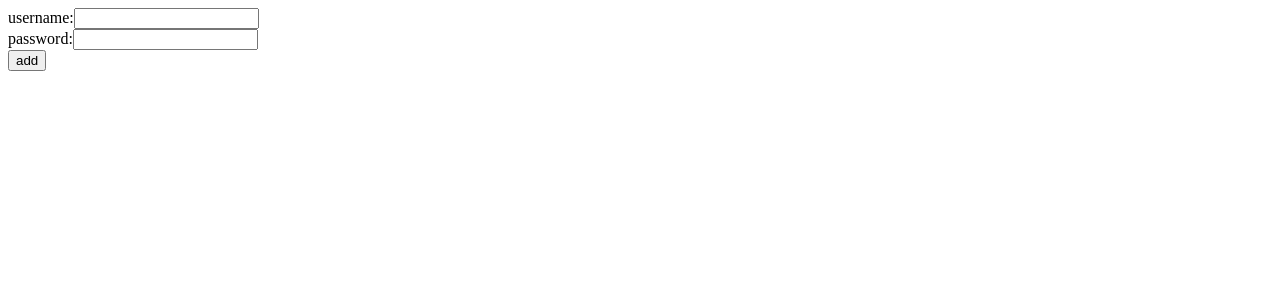
Repository: pkc189/Techment
Page: Advance Java Server Side/HelloWorld/WebContent/Calculation.html
The author's editor kept a copy of each file at every save. The page is drawn from the files as they stood at one save, then again after the next save.
The browser window is 1280 px wide. The pictures show the whole page.

Above is the page before, as saved 2021-08-20 07:14:07.

After the next save:
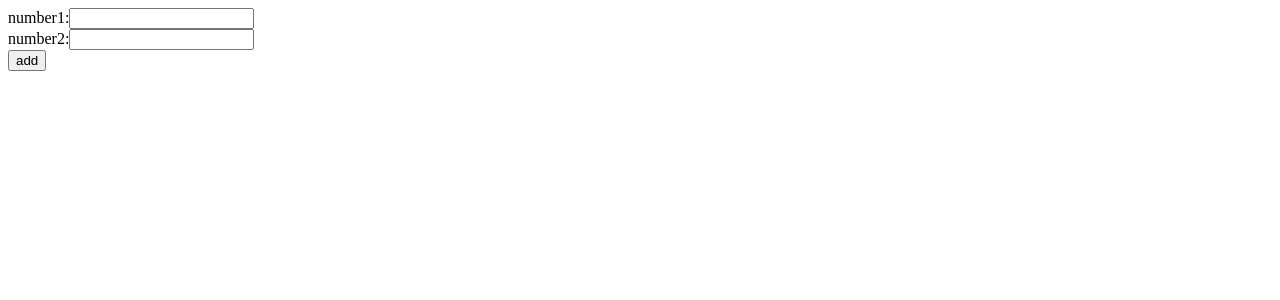
Saved 2 min 8 s later.
--- a/Advance Java Server Side/HelloWorld/WebContent/Calculation.html
+++ b/Advance Java Server Side/HelloWorld/WebContent/Calculation.html
@@ -9,9 +9,9 @@
 
 
 <form action="Calculation">
-username:<input type="text" name="n1">
+number1:<input type="text" name="n1">
 <br/>
-password:<input type="text" name="n2">
+number2:<input type="text" name="n2">
 <br/>
 <input type="submit" value="add">
 </form>
